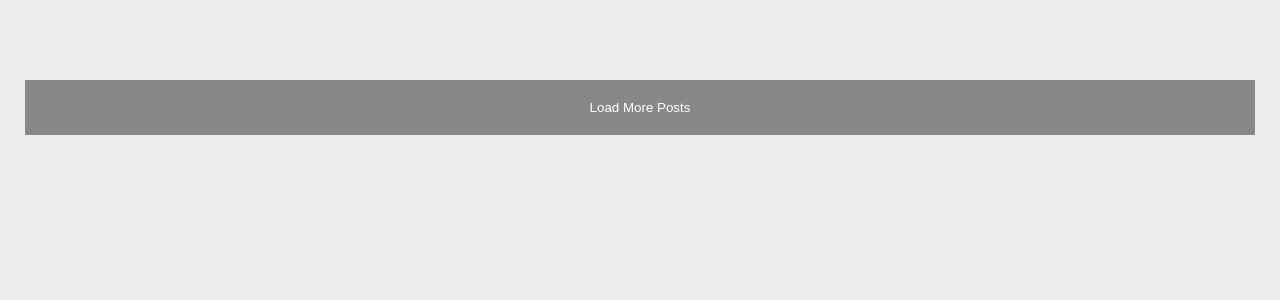
Repository: anderfmelo/temp-repo
Page: /
The author's editor kept a copy of each file at every save. The page is drawn from the files as they stood at one save, then again after the next save.
The browser window is 1280 px wide. The pictures show the whole page.
The page's requests for data from a server got no answer. The project was rebuilt for these pictures with package versions that can differ from the ones it lists, and the page was loaded fresh each time. No one was signed in, and anything a server would have sent is missing. Also part of the build but not shown: src/components/PostCard/styles.css, src/components/PostCard/index.jsx.

Above is the page before, as saved 2022-04-20 12:49:12.

After the next save:
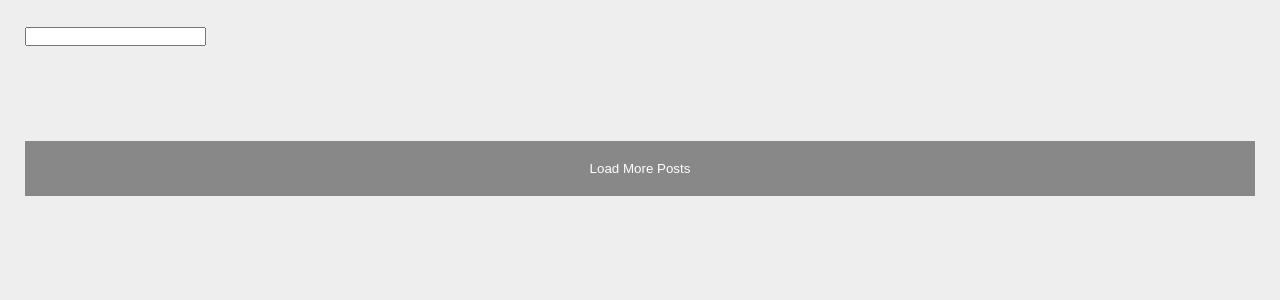
Saved 3 min 8 s later.
--- a/src/templates/Home/index.jsx
+++ b/src/templates/Home/index.jsx
@@ -44,8 +44,10 @@ export class Home extends Component {
 
     return (
       <section className="container">
+        <input type="search" /> <br />
+        <br />
+        <br />
         <Posts posts={posts} />
-
         <div className="button-container">
           <Button
             text="Load More Posts"
